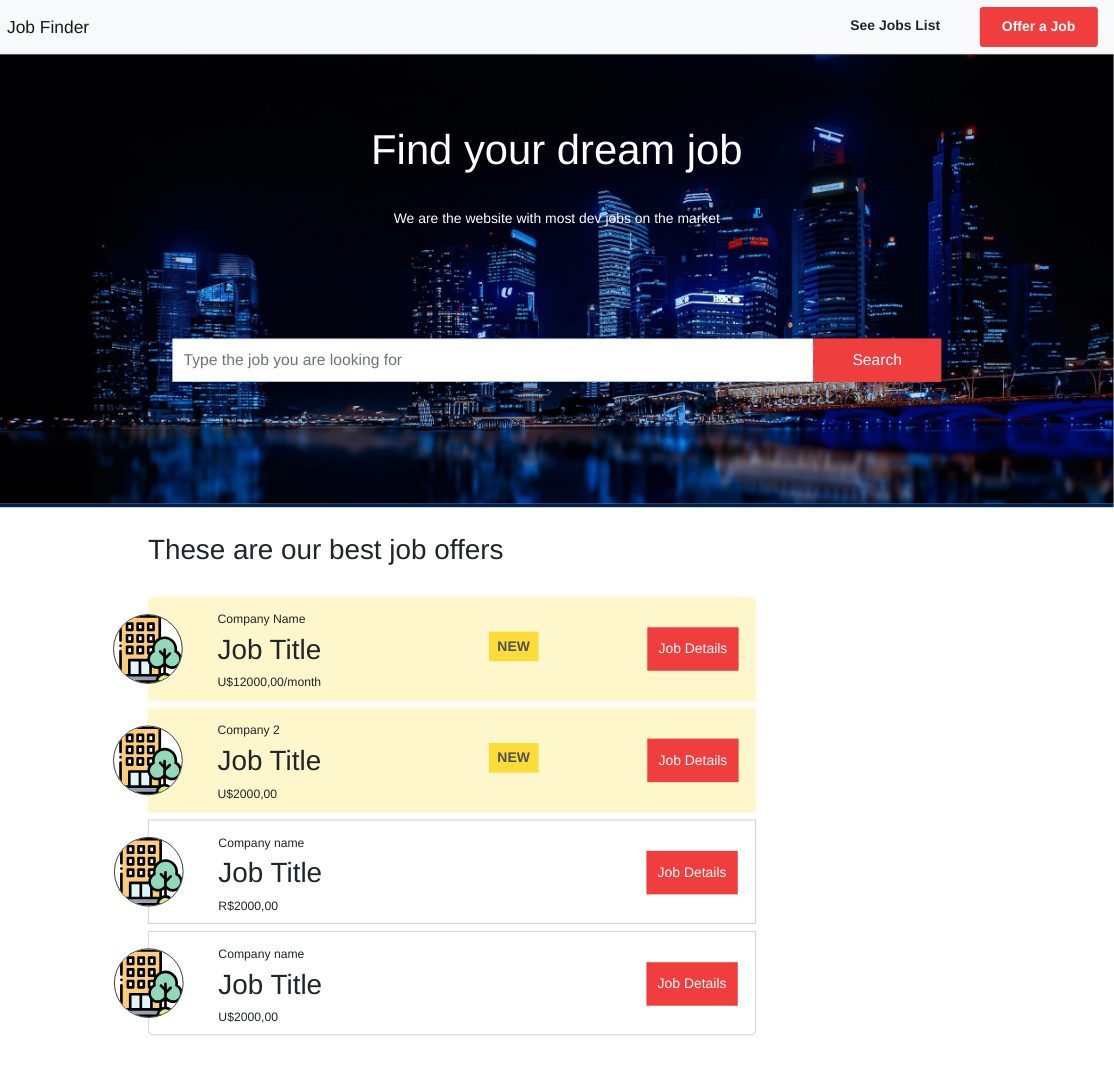
Repository: doncsar/couse-jobfinder-app
Page: templates/index.html
An editor plug-in stored every save of this project. The page is shown before and after the next save, followed by the edit.
The browser window is 1280 px wide. The pictures show the whole page, at 87% of full size.

Above is the page before, as saved 2023-12-20 19:46:03.

After the next save:
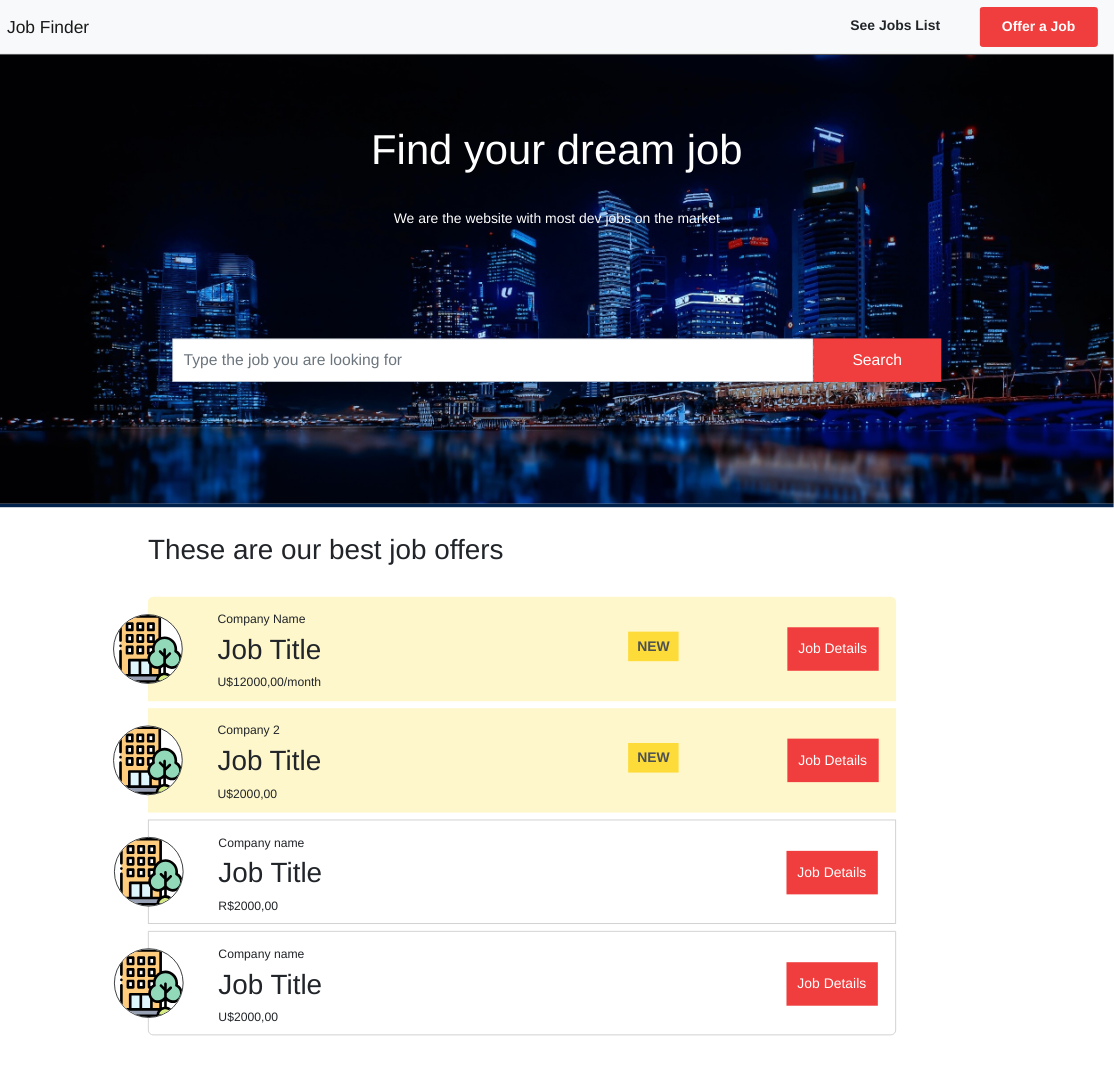
Saved 7 s later.
--- a/templates/index.html
+++ b/templates/index.html
@@ -69,7 +69,7 @@
       <main>
          <div id="jobs-container" class="container">
             <div class="row">
-               <div class="col-md-9">
+               <div class="col-md-11">
                   <h2 id="job-list-title">These are our best job offers</h2>
                   <ul id="job-list" class="list-group">
                      <li class="new-job list-group-item">
